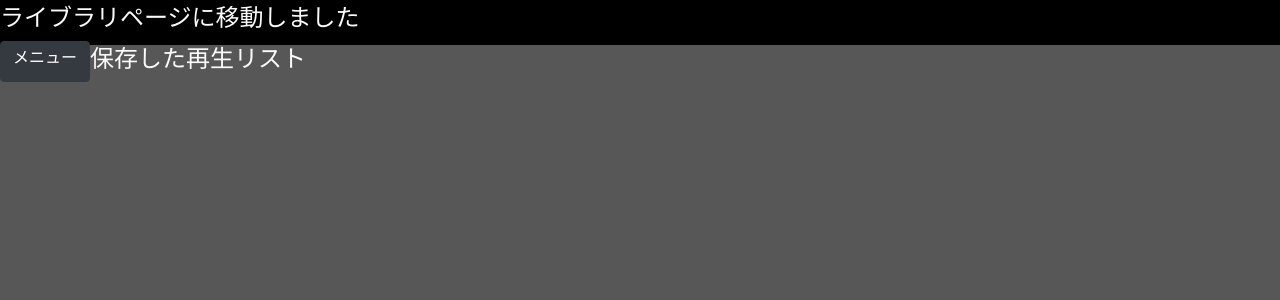
Repository: ShutaKamemura/Portfolio
Page: http://localhost/test/LibraryServlet
These files come from the project's save history. The page is drawn as it stood at one moment and after the next save; the edit follows.
The browser window is 1280 px wide. The pictures show the whole page.
Some web libraries are served in a nearby version. The page is served by Tomcat 9. Other server files are loaded and not shown.

Above is the page before, as saved 2020-06-29 03:54:05.
Console error: TypeError: Cannot read properties of null (reading 'addEventListener')

### test/WebContent/library.jsp
<%@ page language="java" contentType="text/html; charset=utf-8"
    pageEncoding="UTF-8"%>
<%@ taglib prefix="c" uri="http://java.sun.com/jsp/jstl/core" %>
<!DOCTYPE html>
<html>
<head>
<meta charset="UTF-8">
<title>ライブラリ</title>
<script src="https://kit.fontawesome.com/75beac86c5.js" crossorigin="anonymous"></script>
<link rel="stylesheet" href="https://stackpath.bootstrapcdn.com/bootstrap/4.5.0/css/bootstrap.min.css" integrity="sha384-9aIt2nRpC12Uk9gS9baDl411NQApFmC26EwAOH8WgZl5MYYxFfc+NcPb1dKGj7Sk" crossorigin="anonymous">
<link href="library.css" rel="stylesheet">
</head>
<body>
<header>
<h4>ライブラリページに移動しました</h4>
		<div class="tab" onclick="obj=document.getElementById('open').style; obj.display=(obj.display=='none')?'block':'none';">
			<button class="btn btn-dark">
			<h6 style="cursor: pointer;">メニュー</h6></button>
		</div>
		<div id="open" style="display:none;clear:both;">

			<div class="header-left">
				<div class="btn-group-vertical" role="group" aria-label="積み重ねボタングループ">

				<form action="MypageServlet" method="get">
					<button name="btn" value="home" class="btn btn-dark" style="width: 130px;">
					<i class="fas fa-home fa-fw"></i>HOME</button>
				</form>

				<form action="MypageServlet" method="get">
					<button name="btn" value="search" class="btn btn-dark" style="width: 130px;">
					<i class="fa fa-search fa-fw"></i>検索</button>
					<input type="hidden" name="selectWay" value="username">
				</form>

				<form action="MypageServlet" method="get">
					<button name="btn" value="like" class="btn btn-dark" style="width: 130px;">
					<i class="fa fa-navicon fa-fw"></i>ライブラリ</button>
				</form>

				<form action="MypageServlet" method="get">
					<button name="btn" value="set" class="btn btn-dark" style="width: 130px;">
					<i class="fas fa-cog fa-spin"></i>設定</button>
				</form>

				</div>
			</div>
		</div>
</header>

<h4>保存した再生リスト</h4>

<div>
	<c:if test="${list != null}">

		<div class="container">
			<div class="row">
			<c:forEach var="item" items="${list}">
				<tr>
				<div class="col-lg-4">

					<video style="width: 300px; height: 200px;" src="${item.replay}.mp4" poster="${item.img}.jpg" id="video">
						<source src="${item.replay}.mp4" type="video/mp4">
					</video>
					<br>
					<button id="goFS" style="background: #fafafa">
					<i class="fa fa-play-circle-o "></i> 再生する</button>

					<br>${item.name}<br>[${item.category}]<br>

					<form action="MypageServlet" method="get">
						<button name="btn" value="keep" style="background: #575757">＋ 保存</button>
						<input type="hidden" name="code" value="${item.code}">
					</form>
					<br>
					<br>
				</div>
				</tr>
			</c:forEach>
			</div>
		</div>
	</c:if>
</div>

<script>
 					 var goFS = document.getElementById("goFS");
					  goFS.addEventListener("click", function() {
 					     var video = document.getElementById("video");
  					    video.requestFullscreen();
 					 }, false);

					  video.onclick = function (event) {
						  if (video.fullscreenElement) {
						    video.exitFullscreen()
						  }
						};
					</script>


</body>
</html>

### test/src/controller/LibraryServlet.java
package controller;

import java.io.IOException;
import java.sql.SQLException;

import javax.servlet.RequestDispatcher;
import javax.servlet.ServletContext;
import javax.servlet.ServletException;
import javax.servlet.annotation.WebServlet;
import javax.servlet.http.HttpServlet;
import javax.servlet.http.HttpServletRequest;
import javax.servlet.http.HttpServletResponse;

import dbAccess.DBAccess;

/**
 * Servlet implementation class LibraryServlet
 */
@WebServlet("/LibraryServlet")
public class LibraryServlet extends HttpServlet {
	private static final long serialVersionUID = 1L;
	public static DBAccess dbAccess;
	/**
	 * @see HttpServlet#doGet(HttpServletRequest request, HttpServletResponse response)
	 */
	protected void doGet(HttpServletRequest request, HttpServletResponse response) throws ServletException, IOException {



		ServletContext context = getServletContext();
		RequestDispatcher dis = context.getRequestDispatcher("/library.jsp");
		dis.forward(request, response);
	}

	/**
	 * @see HttpServlet#doPost(HttpServletRequest request, HttpServletResponse response)
	 */
	protected void doPost(HttpServletRequest request, HttpServletResponse response) throws ServletException, IOException {
		// TODO Auto-generated method stub
		doGet(request, response);
	}

}

### test/WebContent/library.css
@charset "UTF-8";

body{
	background: #575757;
	color: #fafafa;
}

header {
	height: 45px;
	width: 100%;
	padding-top: 4px;
	background: #000000;
}

header h3 {
	float: right;
	text-align: center;
}

.btn {
	float:left;
}

.form-control {
	background: #575757;
}

.row {
	text-align: center;
}

.video-btn {
    content: "";
    position: absolute;
    top:0;
    left:0;
    right:0;
    bottom:40px; /*コントローラー分下部に余白を*/
    cursor: pointer;
}

After the next save:
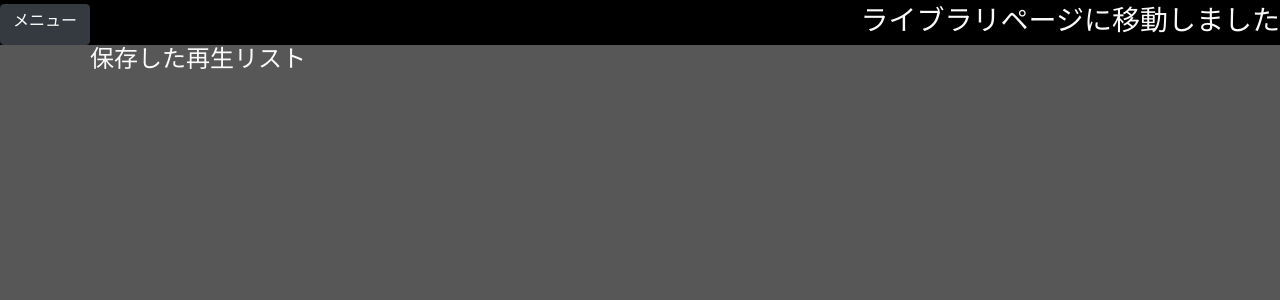
Saved 81 s later.
--- a/test/WebContent/library.jsp
+++ b/test/WebContent/library.jsp
@@ -12,7 +12,7 @@
 </head>
 <body>
 <header>
-<h4>ライブラリページに移動しました</h4>
+<h3>ライブラリページに移動しました</h3>
 		<div class="tab" onclick="obj=document.getElementById('open').style; obj.display=(obj.display=='none')?'block':'none';">
 			<button class="btn btn-dark">
 			<h6 style="cursor: pointer;">メニュー</h6></button>
